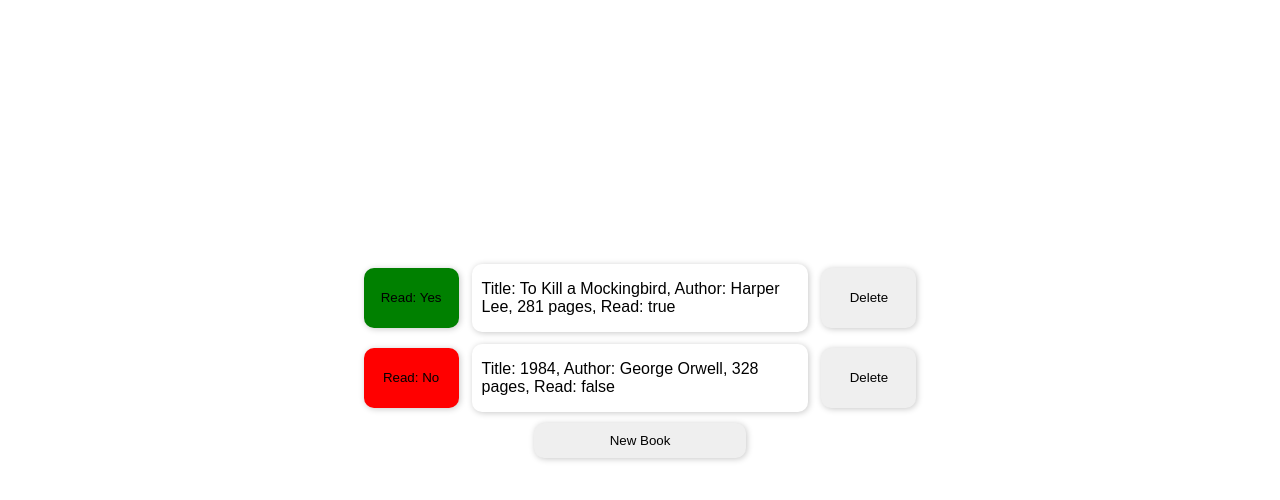
Repository: kocokoy/library
Page: index.html
These files come from the project's save history. The page is drawn as it stood at one moment and after the next save; the edit follows.
The browser window is 1280 px wide. The pictures show the whole page.

Above is the page before, as saved 2024-11-06 14:57:15.

After the next save:
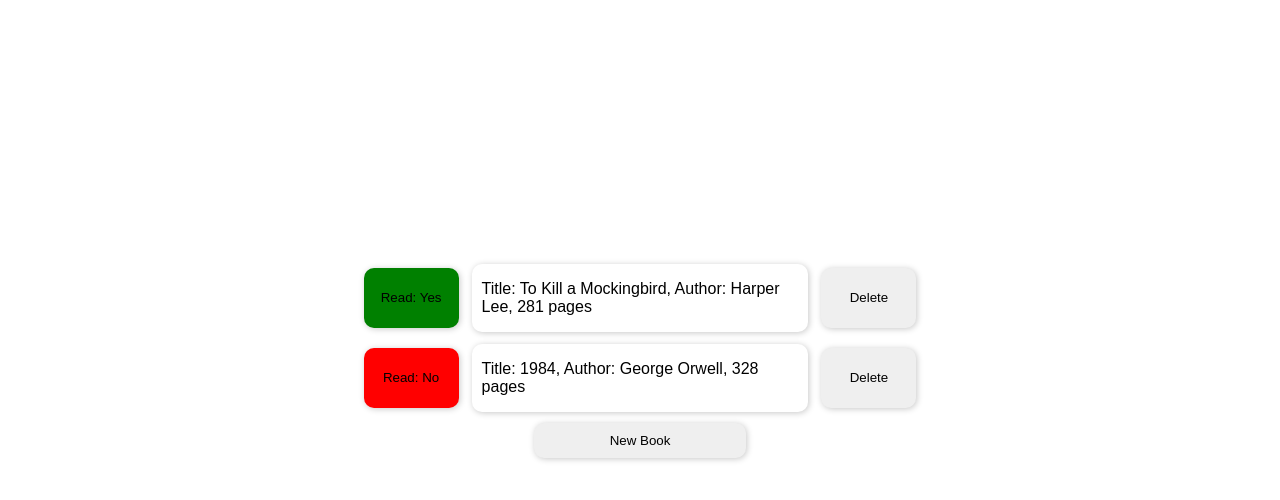
Saved 14 s later.
--- a/script.js
+++ b/script.js
@@ -67,7 +67,7 @@ function displayBookToLibrary(){
     }
     div.innerHTML = `
       ${readButton}
-      <div>Title: ${book.title}, Author: ${book.author}, ${book.pages} pages, Read: ${book.read}</div>
+      <div>Title: ${book.title}, Author: ${book.author}, ${book.pages} pages</div>
       <button class="jsDeleteButton">Delete</button>
     `
     bookDisplayElement.appendChild(div);
